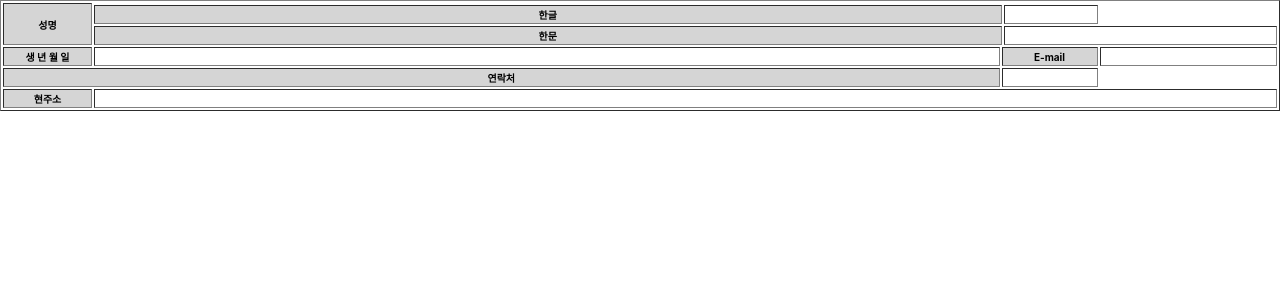
Repository: jiyeonyun/Resume
Page: / (app in resumes/)
The author's editor kept a copy of each file at every save. The page is drawn from the files as they stood at one save, then again after a run of saves.
The browser window is 1280 px wide. The pictures show the whole page.
The project was rebuilt for these pictures with package versions that can differ from the ones it lists, and the page was loaded fresh each time. Also part of the build but not shown: resumes/src/data/edudata.js, resumes/src/components/educationalHIstory/educational.jsx, resumes/src/components/footer/footer.jsx.

Above is the page before, as saved 2022-05-25 15:32:29.

### resumes/src/App.jsx
import { useState } from "react";
import styles from "./App.module.css";
import Educational from "./components/educationalHIstory/educational";
import Footer from "./components/footer/footer";
import PersonalInfo from "./components/personalInfo/personalInfo";
function App() {
  const [personalInfoData, setPersonalInfoData] = useState({
    name: "홍길동",
    birth: "1998-03-18",
    adress: "서울특별시 영등포구",
    email: "jyyun@zentropy.com",
    number: "010-2055-7663",
  });
  return (
    <div className="App">
      <PersonalInfo />
    </div>
  );
}

export default App;

### resumes/src/App.module.css
* {
  font-size: 10px;
}
table {
  width: 100%;
}

### resumes/src/components/personalInfo/personalInfo.jsx
import React from "react";

const PersonalInfo = ({ personalInfoData }) => {
  return (
    <table border="1">
      <tr>
        <th rowSpan="3" width="85" height="30" bgcolor="D5D5D5">
          성명
        </th>
      </tr>
      <tr>
        <th colSpan="2" bgcolor="D5D5D5">
          한글
        </th>
        <td width="90"></td>
      </tr>
      <tr>
        <th colSpan="2" bgcolor="D5D5D5">
          한문
        </th>

        <td colSpan="2"></td>
      </tr>
      <tr>
        <th bgcolor="D5D5D5">생 년 월 일</th>
        <td></td>
        <th colSpan="2" width="80" bgcolor="D5D5D5">
          E-mail
        </th>
        <td></td>
      </tr>
      <tr>
        <th colSpan="2" width="30" bgcolor="D5D5D5">
          연락처
        </th>
        <td colSpan="2"></td>
      </tr>
      <tr>
        <th bgcolor="D5D5D5">현주소</th>
        <td colSpan="8"></td>
      </tr>
    </table>
  );
};

export default PersonalInfo;

Loaded but not shown: resumes/public/index.html (common file); resumes/src/index.js (common file); resumes/src/index.css (common file); resumes/src/reportWebVitals.js (common file)

After the next 4 saves:
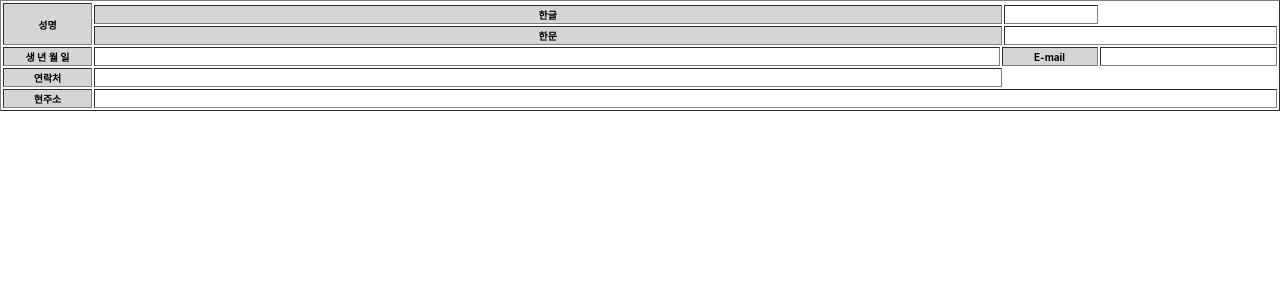
The 4 saves are shown as one change because 1 did not build or start and some came seconds apart.
The last was saved 32 s later.
--- a/resumes/src/components/personalInfo/personalInfo.jsx
+++ b/resumes/src/components/personalInfo/personalInfo.jsx
@@ -30,9 +30,7 @@ const PersonalInfo = ({ personalInfoData }) => {
         <td></td>
       </tr>
       <tr>
-        <th colSpan="2" width="30" bgcolor="D5D5D5">
-          연락처
-        </th>
+        <th bgcolor="D5D5D5">연락처</th>
         <td colSpan="2"></td>
       </tr>
       <tr>
